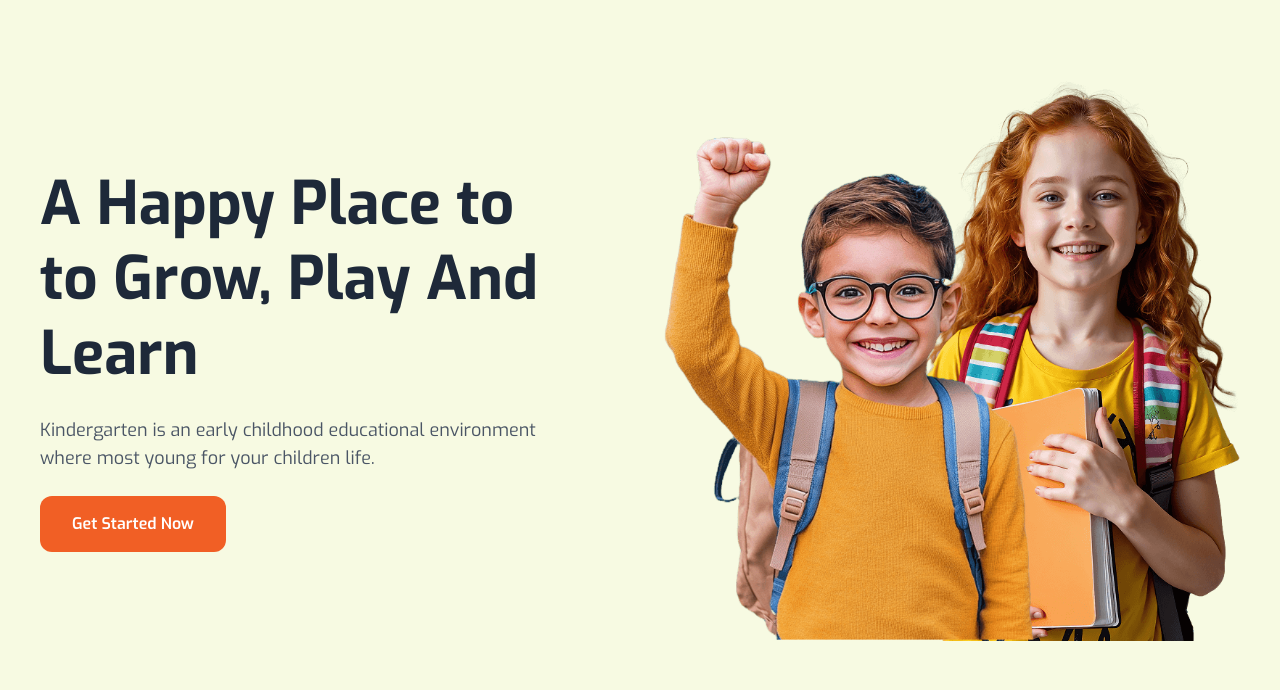
Repository: deepak445566/school
Page: / (app in okwork/)
The author's editor kept a copy of each file at every save. The page is drawn from the files as they stood at one save, then again after a run of saves.
The browser window is 1280 px wide. The pictures show the whole page.
Some web fonts or font styles are not loaded; a fallback is used. The project was rebuilt for these pictures with package versions that can differ from the ones it lists, and the page was loaded fresh each time. Some packages were replaced by stand-ins written for this rebuild. Also part of the build but not shown: okwork/vite.config.js.

Above is the page before, as saved 2026-02-18 16:31:10.

### okwork/index.html
<!doctype html>
<html lang="en">
  <head>
    <meta charset="UTF-8" />
    <link rel="icon" type="image/svg+xml" href="/vite.svg" />
    <meta name="viewport" content="width=device-width, initial-scale=1.0" />
    <title>okwork</title>
    <link rel="preconnect" href="https://fonts.googleapis.com">
<link rel="preconnect" href="https://fonts.gstatic.com" crossorigin>
<link href="https://fonts.googleapis.com/css2?family=Abril+Fatface&family=Alan+Sans:wght@300..900&family=Big+Shoulders:opsz,wght@10..72,100..900&family=Exo+2:ital,wght@0,100..900;1,100..900&family=Exo:ital,wght@0,100..900;1,100..900&family=Montserrat:ital,wght@0,100..900;1,100..900&family=Orbitron:wght@400..900&family=Poppins:ital,wght@0,100;0,200;0,300;0,400;0,500;0,600;0,700;0,800;0,900;1,100;1,200;1,300;1,400;1,500;1,600;1,700;1,800;1,900&family=Prata&family=Rajdhani:wght@300;400;500;600;700&display=swap" rel="stylesheet">
  </head>
  <body>
    <div id="root"></div>
    <script type="module" src="/src/main.jsx"></script>
  </body>
</html>

### okwork/src/index.css
@import "tailwindcss";


.exo {
  font-family: "Exo", sans-serif;

  font-style: normal;
}

### okwork/src/App.jsx
import React from 'react'
import Home from './components/Home'

function App() {
  return (
    <>
    <Home/>


    </>
  )
}

export default App

### okwork/src/components/Home.jsx
import React from "react";

const Home = () => {
  // Image URL - using a high-quality free image
  const imageUrl =
    "/images/hero1.png";

  return (
    <div className="min-h-screen bg-[#F7FAE2] overflow-hidden exo">
      {/* Main container - centered with responsive padding */}
      <div className="container mx-auto px-6 py-12 md:px-12 lg:px-10 min-h-screen flex items-center">

        {/* Flex container: column on mobile, row on desktop */}
        <div className="flex flex-col md:flex-row items-center gap-12 lg:gap-5 w-full">

          {/* LEFT SECTION: 40% width */}
          <div className="w-full md:w-[45%] text-center md:text-left space-y-6 md:space-y-6">
            {/* Heading with gradient effect */}
            <h1 className="text-4xl text-gray-800 md:text-5xl lg:text-6xl font-bold leading-tight exo">
             A Happy Place to
              <br />
              <span className="text-gray-800">to Grow, Play And </span>
              <br />
              <span className="text-gray-800">   Learn</span>
            </h1>

            {/* Paragraph description */}
            <p className="text-lg md:text-lg text-gray-600 max-w-2xl mx-auto md:mx-0">
           Kindergarten is an early childhood educational environment where
most young for your children life.
            </p>

            {/* Button with hover effects */}
            <div className="flex justify-center md:justify-start">
              <button className="group relative px-8 py-4 bg-[#F15F25] text-white font-semibold rounded-xl float hover:shadow-xl hover:transform hover:-translate-y-1 transition-all duration-300 ease-in-out">
                <span className="relative z-10">Get Started Now</span>
              </button>
            </div>
          </div>

          {/* RIGHT SECTION: 60% width */}
          <div className="w-full md:w-[55%] flex justify-center md:justify-end">
            <div className="relative w-full max-w-md lg:max-w-xl">
              {/* Main image */}
              <img
                src={imageUrl}
                alt="Team collaboration in modern workspace"
                className="relative z-10 w-full h-auto rounded-2xl object-cover"
              />
            </div>
          </div>
        </div>
      </div>

      {/* Add custom animation keyframes */}
      <style jsx>{`
        @keyframes blob {
          0% { transform: translate(0px, 0px) scale(1); }
          33% { transform: translate(30px, -50px) scale(1.1); }
          66% { transform: translate(-20px, 20px) scale(0.9); }
          100% { transform: translate(0px, 0px) scale(1); }
        }
        .animate-blob {
          animation: blob 7s infinite;
        }
        .animation-delay-2000 {
          animation-delay: 2s;
        }
      `}</style>
    </div>
  );
};

export default Home;

Loaded but not shown: okwork/src/main.jsx (common file)

After the next 2 saves:
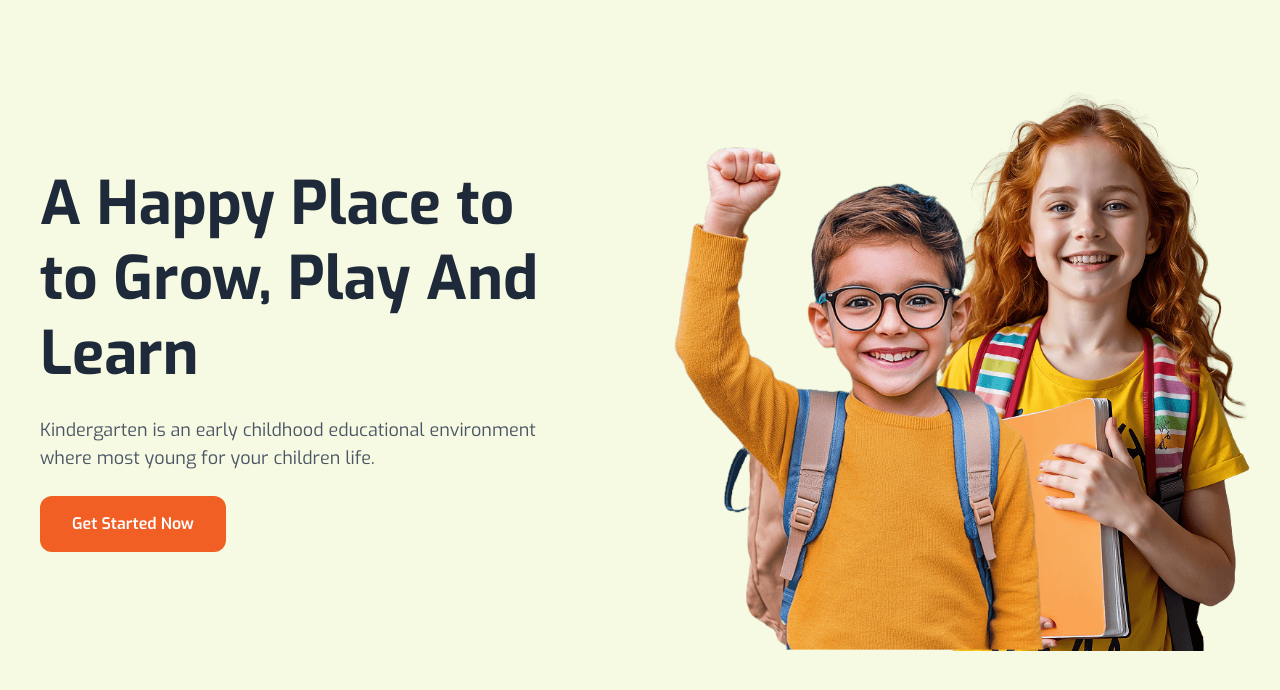
The 2 saves are shown as one change because they came seconds apart.
The last was saved 43 s later.
--- a/okwork/src/components/Home.jsx
+++ b/okwork/src/components/Home.jsx
@@ -45,7 +45,7 @@
               <img
                 src={imageUrl}
                 alt="Team collaboration in modern workspace"
-                className="relative z-10 w-full h-auto rounded-2xl object-cover"
+                className="relative z-10 w-full h-auto rounded-2xl object-cover translate-2.5"
               />
             </div>
           </div>

After the save that followed:
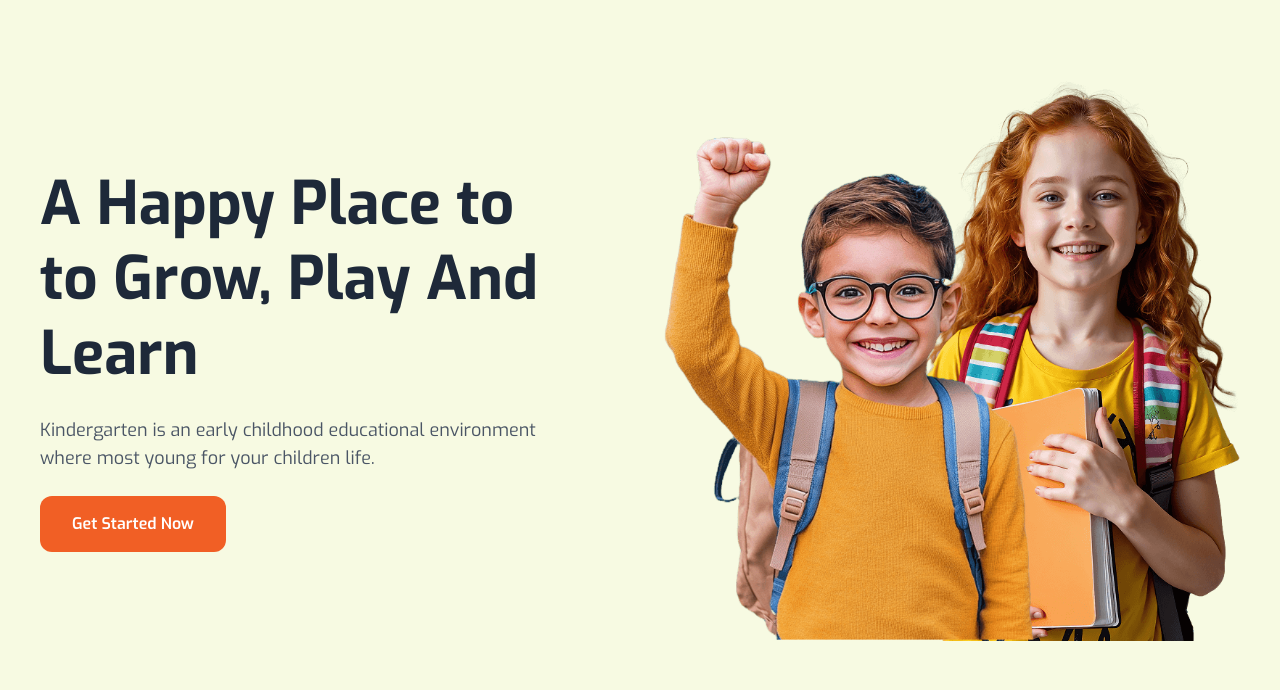
Saved 12 s later.
--- a/okwork/src/components/Home.jsx
+++ b/okwork/src/components/Home.jsx
@@ -45,7 +45,7 @@
               <img
                 src={imageUrl}
                 alt="Team collaboration in modern workspace"
-                className="relative z-10 w-full h-auto rounded-2xl object-cover translate-2.5"
+                className="relative z-10 w-full h-auto rounded-2xl object-cover "
               />
             </div>
           </div>
